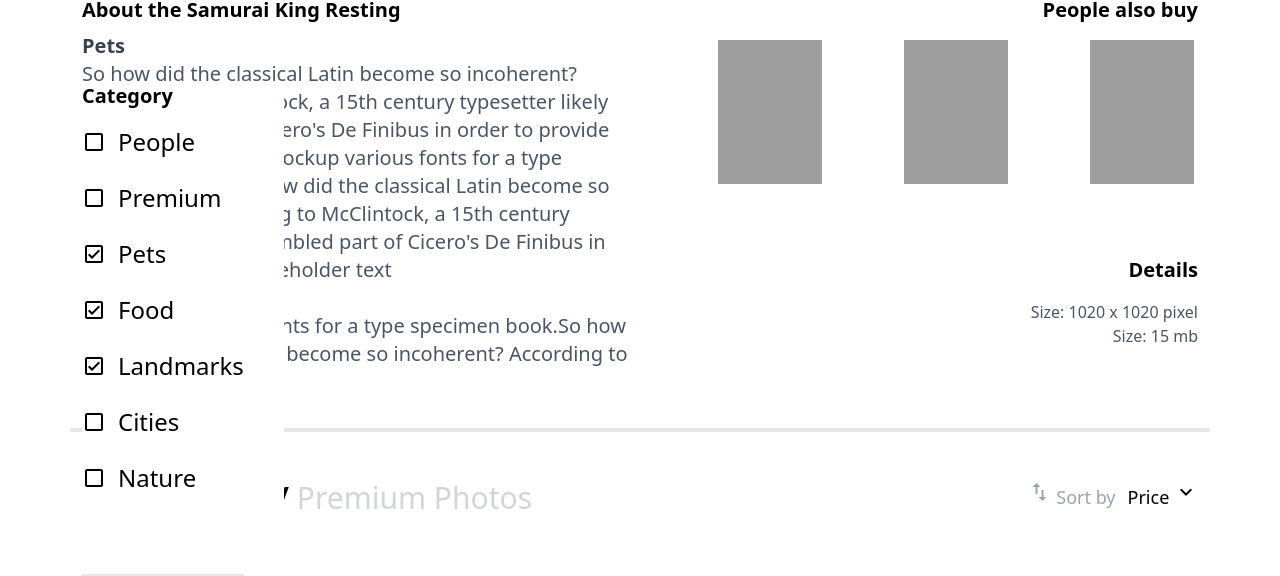
Repository: latenightsnacc/cra-template-html
Page: index.html
The author's editor kept a copy of each file at every save. The page is drawn from the files as they stood at one save, then again after the next save.
The browser window is 1280 px wide. The pictures show the part of the page from y = 528 to 1104 px (the page is 2228 px tall).
Pictures or frames that could not be fetched are drawn as grey boxes. A picture or video elsewhere on the page could not be fetched, so the positions and the page height are approximate.

Above is the page before, as saved 2021-04-22 16:07:42.

After the next save:
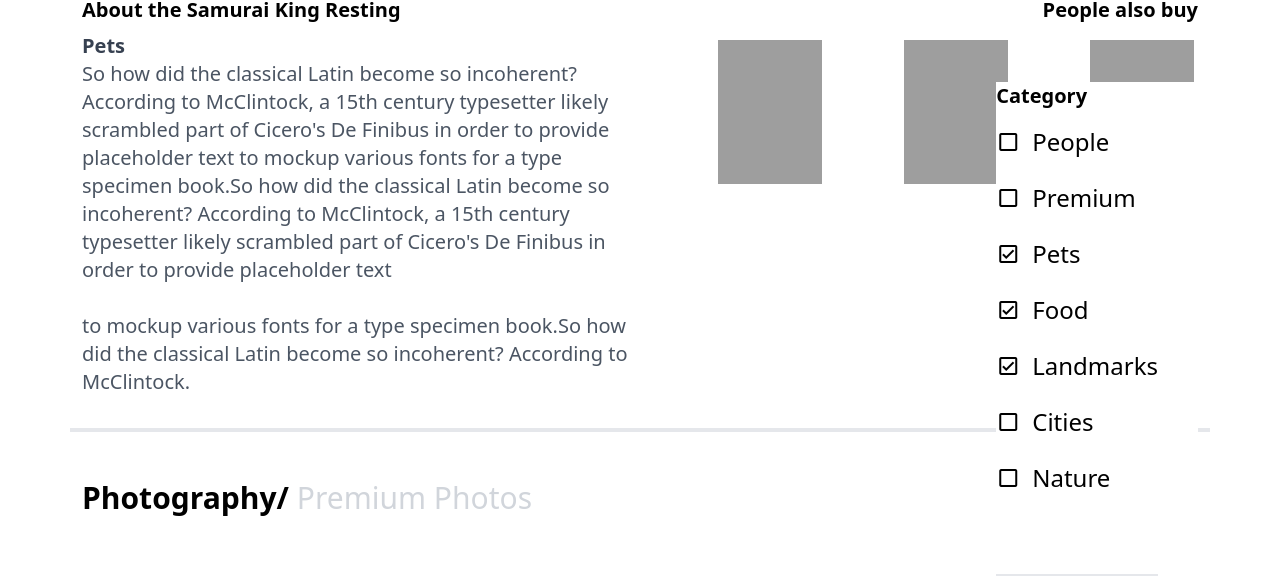
Saved 27 s later.
--- a/index.html
+++ b/index.html
@@ -163,7 +163,7 @@
                     </li>
                 </ul>
                 <!--MOBILE MENU-->
-                <div class="absolute bottom-0">
+                <div class="absolute bottom-0 right-0">
                     <div class="bg-white">
                         <!--Category Menu-->
                         <div class="mr-10 border-b-2 border-b-gray-300">
